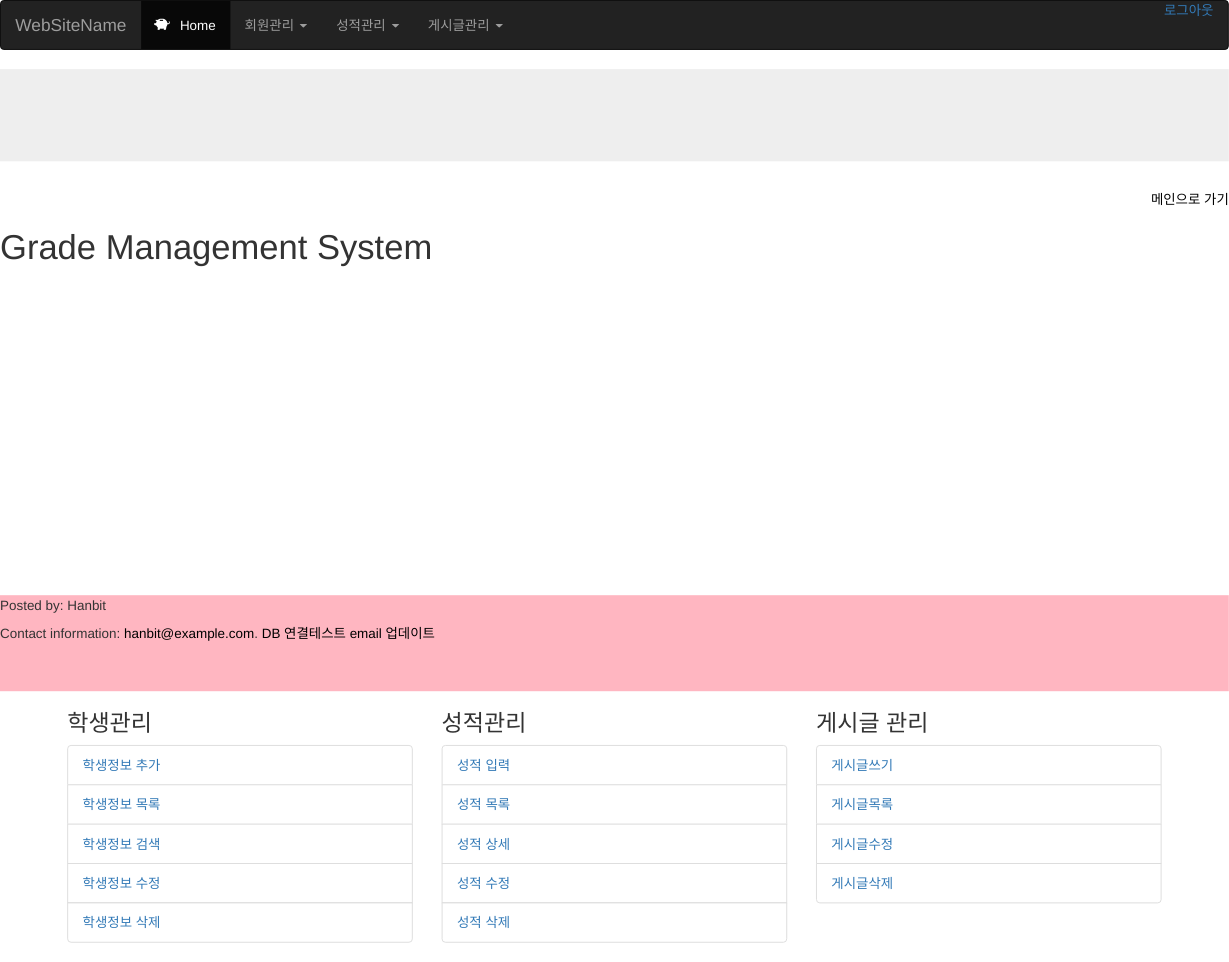
Repository: jeonghyunseok/GMSUI
Page: http://localhost/GMS2/WEB-INF/view/common/main.jsp
An editor plug-in stored every save of this project. The page is shown before and after the next save, followed by the edit.
The browser window is 1280 px wide. The pictures show the whole page, at 96% of full size.
Some web libraries are served in a nearby version. The page is served by Tomcat 9. Nobody is signed in. Other server files are loaded and not shown. The template is opened directly, without the code that normally fills it, so the values that code supplies are empty.

Above is the page before, as saved 2017-08-11 08:26:47.

### GMS2/WebContent/WEB-INF/view/common/main.jsp
<%@ page language="java" contentType="text/html; charset=UTF-8" pageEncoding="UTF-8"%>

<jsp:include page="common_head.jsp"/>

<h1>Grade Management System</h1>
</div>
<div class="container">
	<div class="row">
		<div class="col-sm-4">
		<h3>학생관리</h3>
		 <ul class="list-group">
            <li class="list-group-item"><a onclick="moveTo('member','member_add')">학생정보 추가</a></li>
            <li class="list-group-item"><a onclick="moveTo('member','member_list')">학생정보 목록</a></li>
            <li class="list-group-item"><a onclick="moveTo('member','member_search')">학생정보 검색</a></li>
            <li class="list-group-item"><a onclick="moveTo('member','member_update')">학생정보 수정</a></li>
            <li class="list-group-item"><a onclick="deleteTo('member')">학생정보 삭제</a></li>
            </ul>
	    </div>
		<div class="col-sm-4">
		 	<h3>성적관리</h3>
		 	 <ul class="list-group">
	               <li class="list-group-item"><a onclick="moveTo('grade','grade_add')">성적 입력</a></li>
	               <li class="list-group-item"><a onclick="moveTo('grade','grade_list')">성적 목록</a></li>
	               <li class="list-group-item"><a onclick="moveTo('grade','grade_detail')">성적 상세</a></li>
	               <li class="list-group-item"><a onclick="moveTo('grade','grade_update')">성적 수정</a></li>
	               <li class="list-group-item"><a onclick="deleteTo('grade')">성적 삭제</a></li>
	            </ul>
		</div>
		<div class="col-sm-4">
	    <h3>게시글 관리</h3>
	     <ul class="list-group">
	               <li class="list-group-item"><a onclick="moveTo('board','board_add')">게시글쓰기</a></li>
	               <li class="list-group-item"><a onclick="moveTo('board','board_list')">게시글목록</a></li>
	               <li class="list-group-item"><a onclick="moveTo('board','board_update')">게시글수정</a></li>
	              <li class="list-group-item"><a onclick="deleteTo('board')">게시글삭제</a></li>
	            </ul>
		</div>
		</div>
	</div>
	<script>
	function moveTo(dir,page){
		location.href="${ctx}/"+dir+".do?action=move&page="+page;
		}

	function deleteTo(dir){
		prompt(dir+"의id");
	}

	</script>

<jsp:include page="footer.jsp"></jsp:include>

### GMS2/WebContent/WEB-INF/view/common/common_head.jsp
<%@ page language="java" contentType="text/html; charset=UTF-8" pageEncoding="UTF-8"%>

<!DOCTYPE html>
<html>
<head>
<meta charset="UTF-8" name="viewport"
	content="width=device-width, initial-scale=1.0">
<title>Student detail</title>

<link rel="stylesheet" href="${ctx}/resources/css/common.css" />
<link rel="stylesheet" href="${ctx}/resources/css/member.css" />
 <link rel="stylesheet" href="https://maxcdn.bootstrapcdn.com/bootstrap/3.3.7/css/bootstrap.min.css">

 <script src="https://ajax.googleapis.com/ajax/libs/jquery/3.2.0/jquery.min.js"></script>
 <script src="https://maxcdn.bootstrapcdn.com/bootstrap/3.3.7/js/bootstrap.min.js"></script>
</head>
<body>
	<div id="wrapper">
		<header>
	<jsp:include page="navbar.jsp"></jsp:include>

		<div class="jumbotron text-center">
		</header>
	<a id="go_main" href="/index.jsp">메인으로 가기</a><br />

### GMS2/WebContent/WEB-INF/view/common/navbar.jsp
<%@ page language="java" contentType="text/html; charset=UTF-8" pageEncoding="UTF-8"%>
<nav class="navbar navbar-inverse">
  <div class="container-fluid">
    <div class="navbar-header">
      <a class="navbar-brand" href="#">WebSiteName</a>
    </div>
  	  <ul class="nav navbar-nav">
  	   <li class="active"><a onclick="moveTo('dir','page')"><span class="glyphicon glyphicon-piggy-bank"></span> &nbsp; Home</a></li>

		<li class="dropdown">
      <a href="#" class="dropdown-toggle"
      	data-toggle="dropdown" role="button"
      	aria-haspopup="true"
      	aria-expanded="false">회원관리 <span class="caret">
      	</span></a>
      	<ul class="dropdown-menu">
   		<li><a onclick="moveTo('member','member_add')">학생추가</a></li>
   		<li><a onclick="moveTo('member','member_list')">학생목록</a></li>
   		<li><a onclick="moveTo('member','member_search')">학생조회</a></li>
   		<li role="separator" class="divider"></li>
   		<li><a onclick="deleteTo('member')">학생삭제</a></li>
      	</ul>
      	</li>

      	<li class="dropdown">
      <a href="#" class="dropdown-toggle"
      	data-toggle="dropdown" role="button"
      	aria-haspopup="true"
      	aria-expanded="false">성적관리 <span class="caret">
      	</span></a>
      	<ul class="dropdown-menu">
   		<li><a onclick="moveTo('grade','grade_add')">성적추가</a></li>
   		<li><a onclick="moveTo('grade','grade_list')">성적목록</a></li>
   		<li><a onclick="moveTo('grade','grade_detail')">성적조회</a></li>
   		<li role="separator" class="divider"></li>
   		<li><a onclick="deleteTo('grade')">성적 삭제</a></li>
      	</ul>
      	</li>

      		<li class="dropdown">
      <a href="#" class="dropdown-toggle"
      	data-toggle="dropdown" role="button"
      	aria-haspopup="true"
      	aria-expanded="false">게시글관리 <span class="caret">
      	</span></a>
      	<ul class="dropdown-menu">
   		<li><a onclick="moveTo('board','board_add')">게시글추가</a></li>
   		<li><a onclick="moveTo('board','board_list')">게시글목록</a></li>
   		<li><a onclick="moveTo('board','board_update')">게시글조회</a></li>
   		<li role="separator" class="divider"></li>
   		<li><a onclick="deleteTo('board')">게시글 삭제</a></li>
      	</ul>
      	</li>
   	 </ul>
   		<span class="gms-float-right" style="color:white"> ${sessionScope.user.name} &nbsp;
   		 <a  id="logout" onclick="logout()">로그아웃</a></span>
	</div>
</nav>
	<script>
	function logout(){
		location.href="${ctx}/common.do?action=move&page=index";
		return true;
		}
	</script>

### GMS2/WebContent/WEB-INF/view/common/footer.jsp
<%@ page language="java" contentType="text/html; charset=UTF-8" pageEncoding="UTF-8"%>
<!doctype html>
	<footer>
		<div>
				<p>Posted by: Hanbit</p>
				<p>
					Contact information: <a href="mailto:someone@example.com">
						hanbit@example.com</a>.
				<a href="../jdbctest.jsp">DB 연결테스트</a>
				<a href="../util/update_email.jsp">email 업데이트</a>
				</p>
	</div>
		</footer>
			</div>
					</body>
			</html>

### GMS2/WebContent/resources/css/common.css
@CHARSET "UTF-8";
html, body{height: 100%; margin: 0; padding: 0; border: 0;}
table{border-collapse:collapse;}
#wrapper{position: relative; min-height:100%;padding-bottom:100px;}
footer{position: absolute; bottom: 0; left: 0; width: 100%;  height: 100px;  background-color: lightpink;}
fotter div{width:80%;}
#go_main{float:right}
#container{width:100%; margin:0 auto; }
#text-cen{text-align: center}
#title{text-align:center; margin:0 auto;}
#text-cen{text-align:center;}
.gms-text-center{text-align:center;}
.gms-border-black{border: 1px solid black;}
.gms-width-30pro{width:30%;}
.gms-width-100pro{width:100%;}
.gms-text-deconone{text-decoration: none}
.gms-margine-auto{margin:0 auto}
.gms-list-none{list-style-type:none}
.gms-display-inline{display: inline-block;}
.gms-color-green{color:green}
.gms-backcolor-yellow{background-color:yellow}
.gms-color-blue{color:blue}
.gms-backcolor-red{background-color:#9afafa}
.gms-float-right{float:right}


/* unvisited link */
a:link { color: black;}
/* visited link */
a:visited {color: green;}
/* mouse over link */
a:hover {color: red;}
/* selected link */
a:active {color: blue;}

### GMS2/WebContent/resources/css/member.css
@CHARSET "UTF-8";
@IMPORT "common.css";
/*index.jsp*/
#index-tab{width:75%; margin:80px auto;width:80%;border:2px solid blue}
#index-tab-tr>td{border: 1px solid black; width:30%;padding:30px; text-align:center; text-decoration: none}
#index-tab-tr>th{border: 1px solid black; width:30%; text-align:center; text-decoration: none}
.index-ul{width: 200px;text-decoration: none;list-style-type:none}
.index-ul>li{border: 1px solid black;}
.index-ul>li>a{text-decoration: none; list-style-type:none}
#wrapper{width:100%;}
#index-h1{text-align:center; margin:0 auto;font-size:80px;}
/*login.jsp*/
#login_img{width: 200px;height: 200px; text-align:center;}
#login_id{font-size:20px;width:108px;display: inline-block;}
#login_pass{font-size:20px;display: inline-block;}
#login_botton{width: 150px; background-color:yellow;}
#cancel_botton{width: 150px; background-color:red;}
/*join.jsp*/
#join_id{font-size:20px;width:108px;display: inline-block;}
#join_pass{font-size:20px;display: inline-block;}
#join_name{font-size:20px;width:108px;display: inline-block;}
#join_birth{font-size:15px;width:60px;display: inline-block;}
#join_yes_btn{width:140px ; background-color:green;margin:0 auto;}
#join_no_btn{width:140px ; background-color:red;margin:0 auto;}
#join_form{margin:0 auto;}
/*login_list.jsp*/
#member_list_tab {width:60%;margin:0 auto;}
#member_list_tab th{border-bottom:2px solid black;height:40px;text-align:center;background-color:yellow;}
#member_list_tab td{border-bottom:2px solid black;height:40px;text-align:center;}
/*member_search*/
#member_search_box{width:300px;margin:0 auto;}
/*member_detail*/
#member_detail_tab {width: 60%;margin:0 auto;}
#member_detail_tab tr{border:2px solid black;height:40px;text-align:center;}
#member_detail_tab td{border:2px solid black;height:40px;text-align:center;}

After the next save:
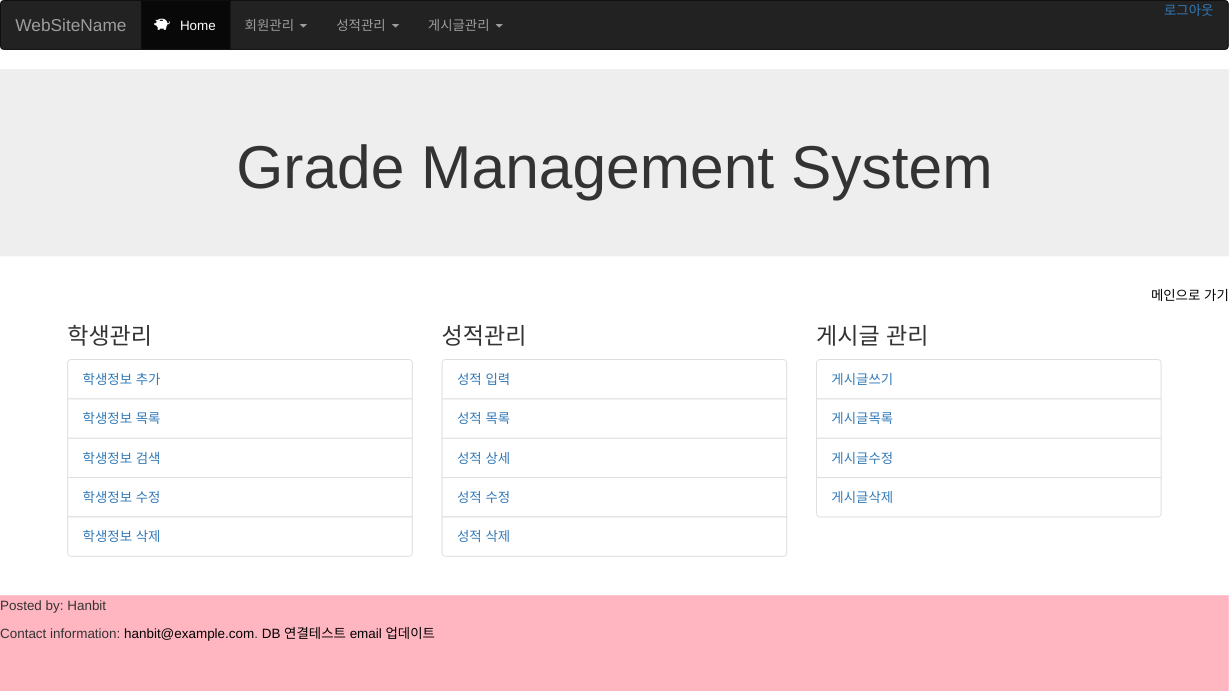
Saved 21 s later.
--- a/GMS2/WebContent/WEB-INF/view/common/main.jsp
+++ b/GMS2/WebContent/WEB-INF/view/common/main.jsp
@@ -2,8 +2,7 @@
 
 <jsp:include page="common_head.jsp"/>
 
-<h1>Grade Management System</h1>
-</div>
+
 <div class="container">
 	<div class="row">
 		<div class="col-sm-4">
--- a/GMS2/WebContent/WEB-INF/view/common/common_head.jsp
+++ b/GMS2/WebContent/WEB-INF/view/common/common_head.jsp
@@ -20,5 +20,7 @@
 	<jsp:include page="navbar.jsp"></jsp:include>
 
 		<div class="jumbotron text-center">
+		<h1>Grade Management System</h1>
+</div>
 		</header>
 	<a id="go_main" href="/index.jsp">메인으로 가기</a><br />
